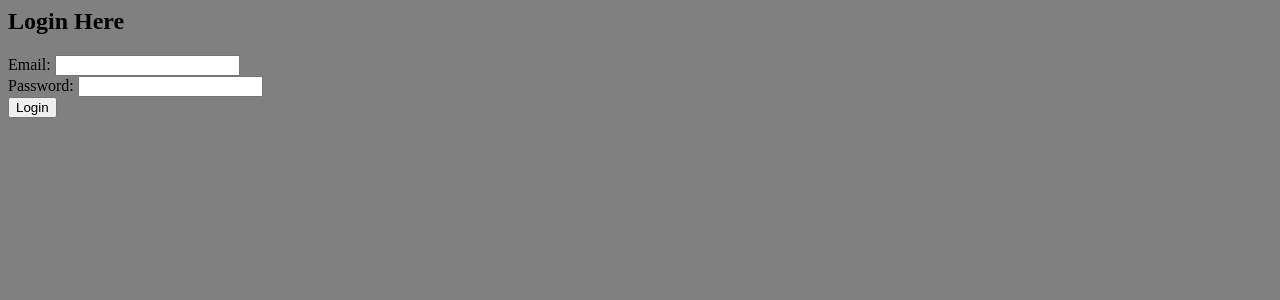
Repository: Mehakbatra496/Eclipse_Workspace
Page: http://localhost/G5_Springboot_LoginReg_ProfileApp/views/registerPage.jsp
The author's editor kept a copy of each file at every save. The page is drawn from the files as they stood at one save, then again after the next save.
The browser window is 1280 px wide. The pictures show the whole page.
The page is served by Tomcat 9.

Above is the page before, as saved 2024-08-26 06:41:26.

After the next save:
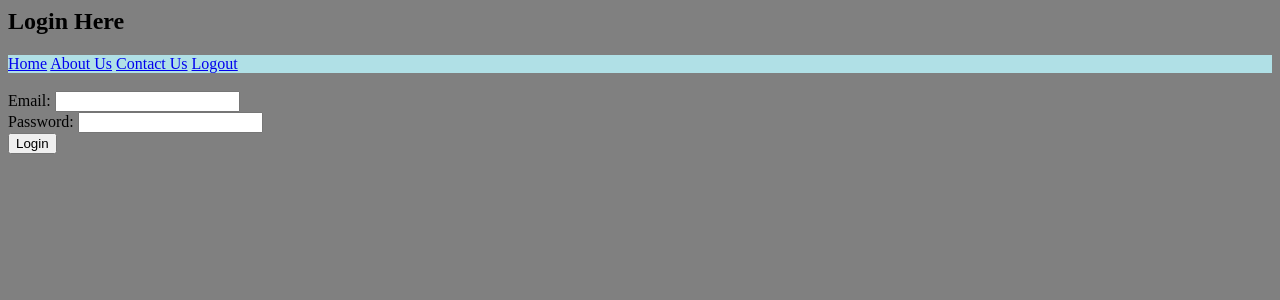
Saved 2 min 10 s later.
--- a/G5_Springboot_LoginReg_ProfileApp/src/main/webapp/views/registerPage.jsp
+++ b/G5_Springboot_LoginReg_ProfileApp/src/main/webapp/views/registerPage.jsp
@@ -14,6 +14,10 @@
 
     <body style="background-color: gray">
     <h2>Login Here</h2>
+
+		<jsp:include page="header.jsp" />
+    <br>
+
 		<form>
 			Email:
 			<input type="text" name="name1">
